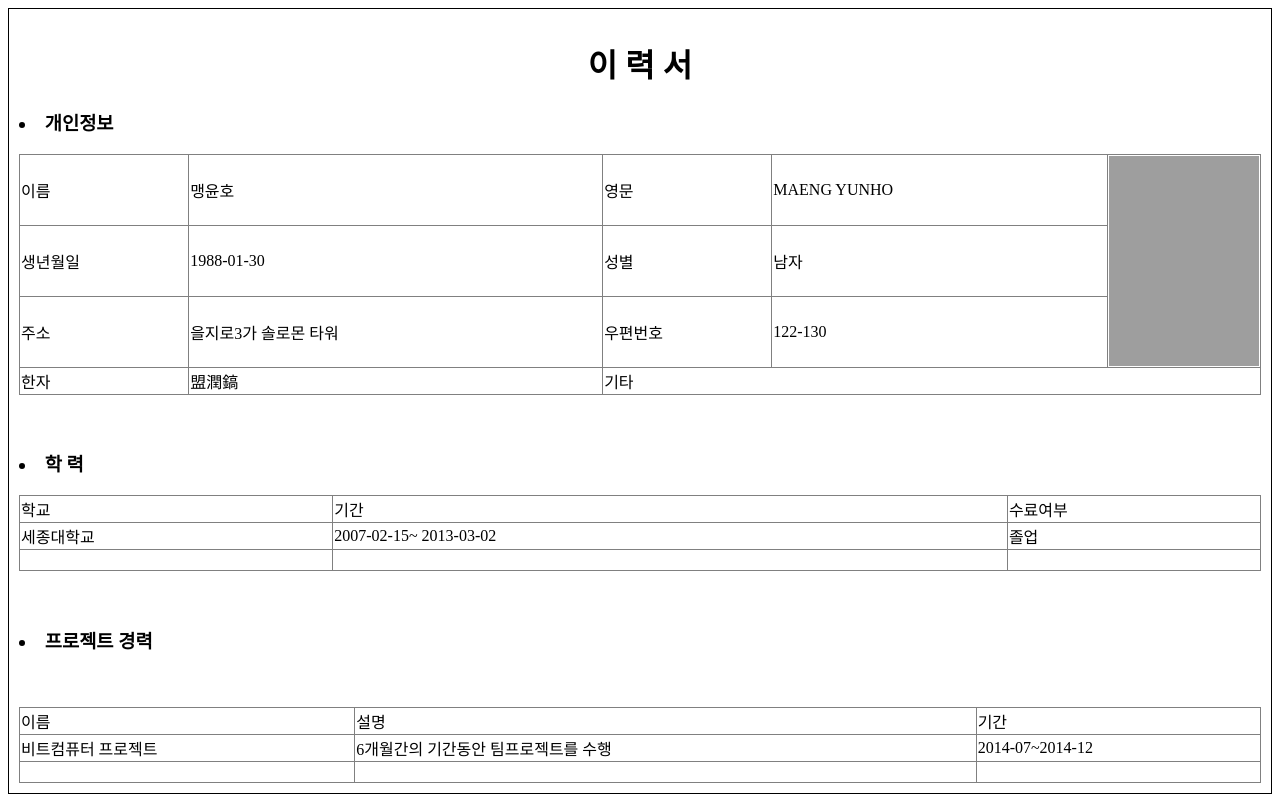
Repository: porivas/140630_Java
Page: http://localhost/web4_resume/resume.jsp
The author's editor kept a copy of each file at every save. The page is drawn from the files as they stood at one save, then again after the next save.
The browser window is 1280 px wide. The pictures show the whole page.
Pictures or frames that could not be fetched are drawn as grey boxes. The page is served by Tomcat 9.

Above is the page before, as saved 2014-09-25 06:27:22.

After the next save:
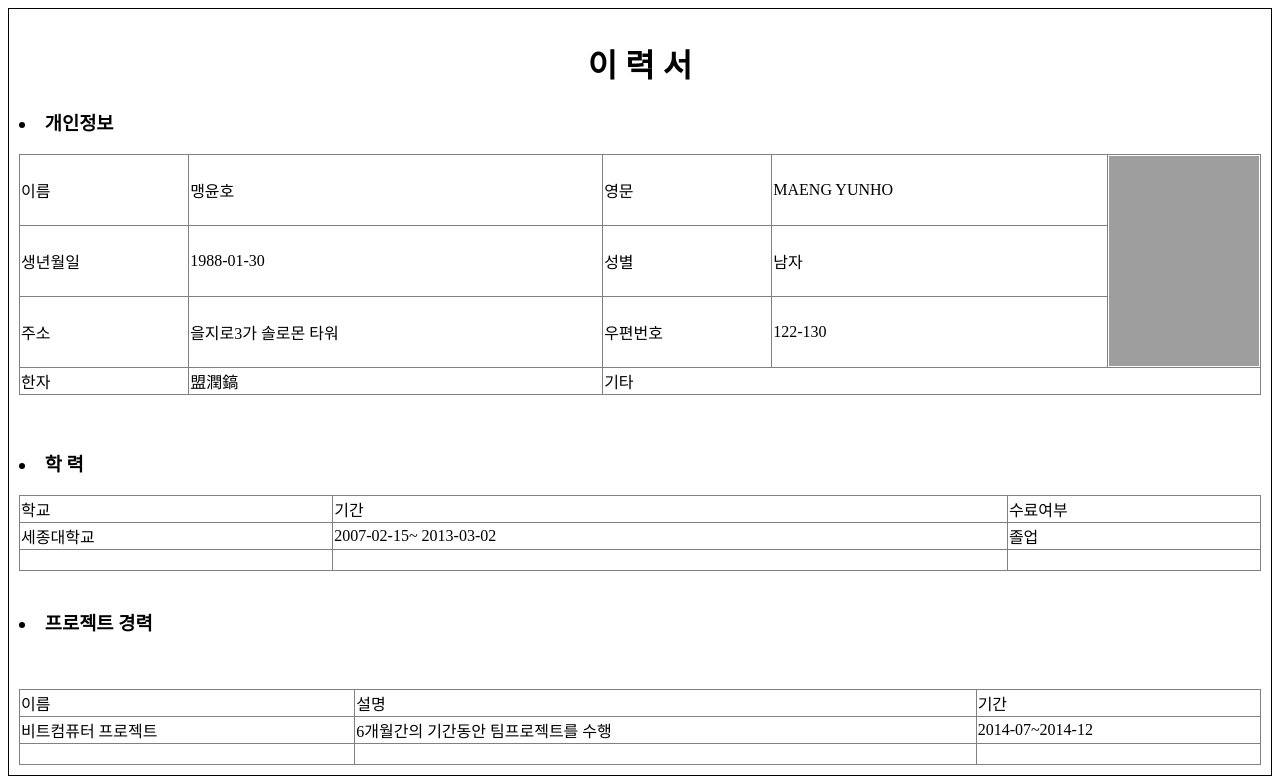
Saved 14 s later.
--- a/web4_resume/WebContent/resume.jsp
+++ b/web4_resume/WebContent/resume.jsp
@@ -54,15 +54,15 @@
 		</table>
 		<br>
 		</div>
-		<br>
 
+		<h3><li>프로젝트 경력</h3></li>
 		<div id="thirdparagraph" >
 		<style type="text/css">
 		  table {
 		     border-collapse: collapse;
 		  }
 		</style>
-		<h3><li>프로젝트 경력</h3></li>
+
 		<table border="1" width=100%>
 			<tr align = "left">
 				<td> 이름 </td>	<td> 설명 </td>	<td> 기간 </td>
